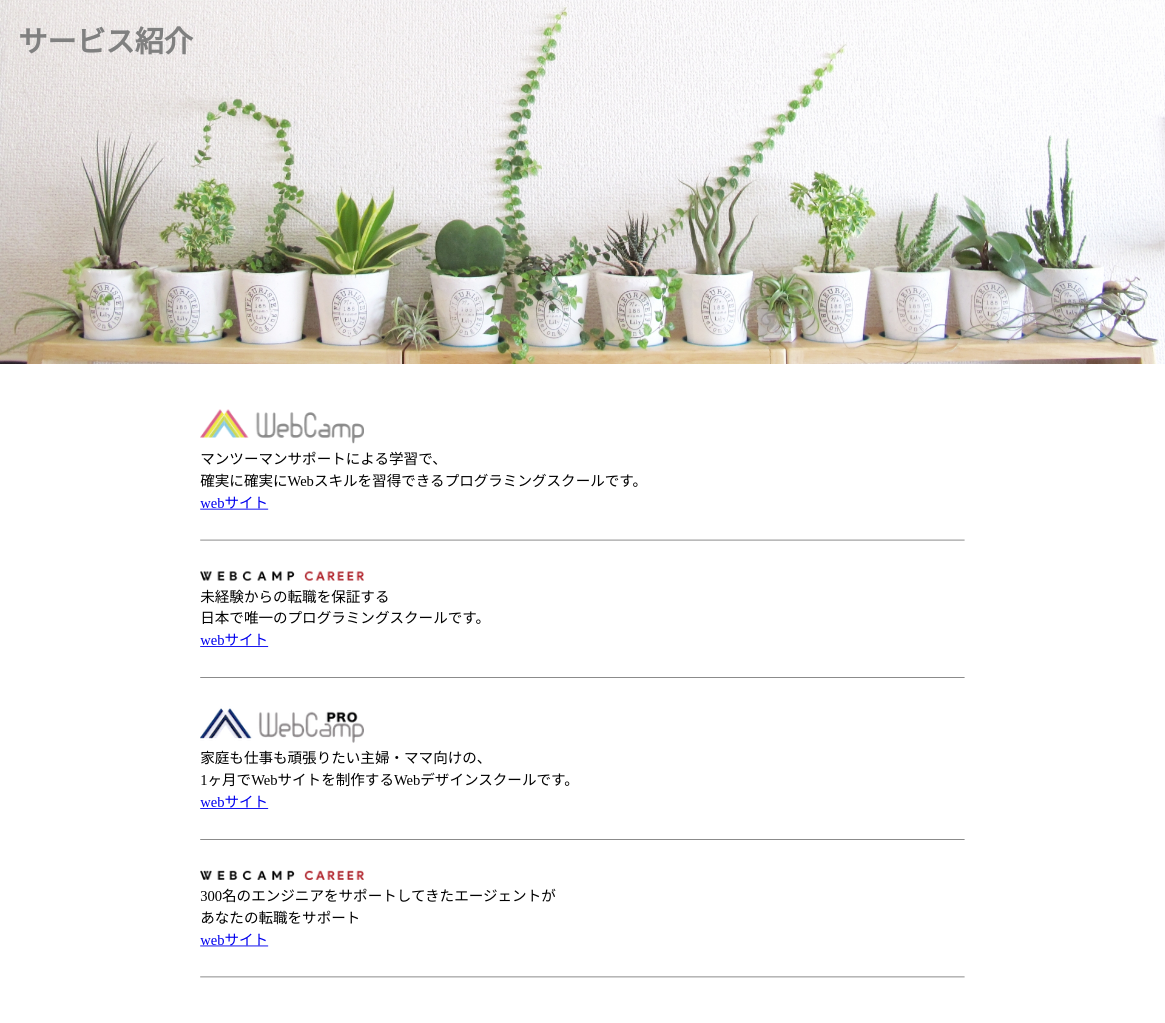
Repository: ryosei-110/HTML-CSS-
Page: 1-7exercise/1-7.html
The author's editor kept a record of every edit. The page is drawn from the files as they stood at one moment, then again after the next edit.
The browser window is 1280 px wide. The pictures show the whole page, at 91% of full size.

Above is the page before.

### 1-7exercise/1-7.html
<!DOCTYPE html>
<html lang="ja">
  <head>
    <meta charset="UTF-8" />
    <link rel="stylesheet" href="1-7.css" />
    <title>1-2演習問題</title>
  </head>

  <body>

  <header>
    <h1 class="heading">サービス紹介</h1>
  </header>

  <div class="main">
    <div class="main-item1">
      <img class="main-image" src="img/wc-logo.png">
      <p class="main-text">
        マンツーマンサポートによる学習で、<br>
        確実に確実にWebスキルを習得できるプログラミングスクールです。<br>
        <a href="1-7.html">webサイト</a>
      </p>
    </div>
    <div class="main-item2">
      <img class="main-image" src="img/wcc-logo.png">
      <p class="main-text">
        未経験からの転職を保証する<br>
        日本で唯一のプログラミングスクールです。<br>
        <a href="1-7.html">webサイト</a>
      </p>
    </div>
    <div class="main-item2">
      <img class="main-image" src="img/wcp-logo.png">
      <p class="main-text">
        家庭も仕事も頑張りたい主婦・ママ向けの、<br>
        1ヶ月でWebサイトを制作するWebデザインスクールです。<br>
        <a href="1-7.html">webサイト</a>
      </p>
    </div>
    <div class="main-item2">
      <img class="main-image" src="img/wcc-logo.png">
      <p class="main-text">
        300名のエンジニアをサポートしてきたエージェントが<br>
        あなたの転職をサポート<br>
        <a href="1-7.html">webサイト</a>
      </p>
    </div>
  </div>

  </body>
</html>

### 1-7exercise/1-7.css
* {
  margin: 0;
  padding: 0;
  box-sizing: border-box;
}

header {
  width: 100%;
  height: 400px;
  background-image: url(img/mv.jpg);
  background-size: cover;
  background-position: bottom ;
}

.heading {
  padding: 20px;
  color: grey;
}

.main {
  margin: 50px auto;
  width: 840px;
  display: flex;
  flex-direction: column;

}

.main-item1 {
  padding-bottom: 30px;
  border-bottom: 1px solid gray;
}

.main-item2 {
  padding: 30px 0;
  border-bottom: 1px solid gray;
}

After the next edit:
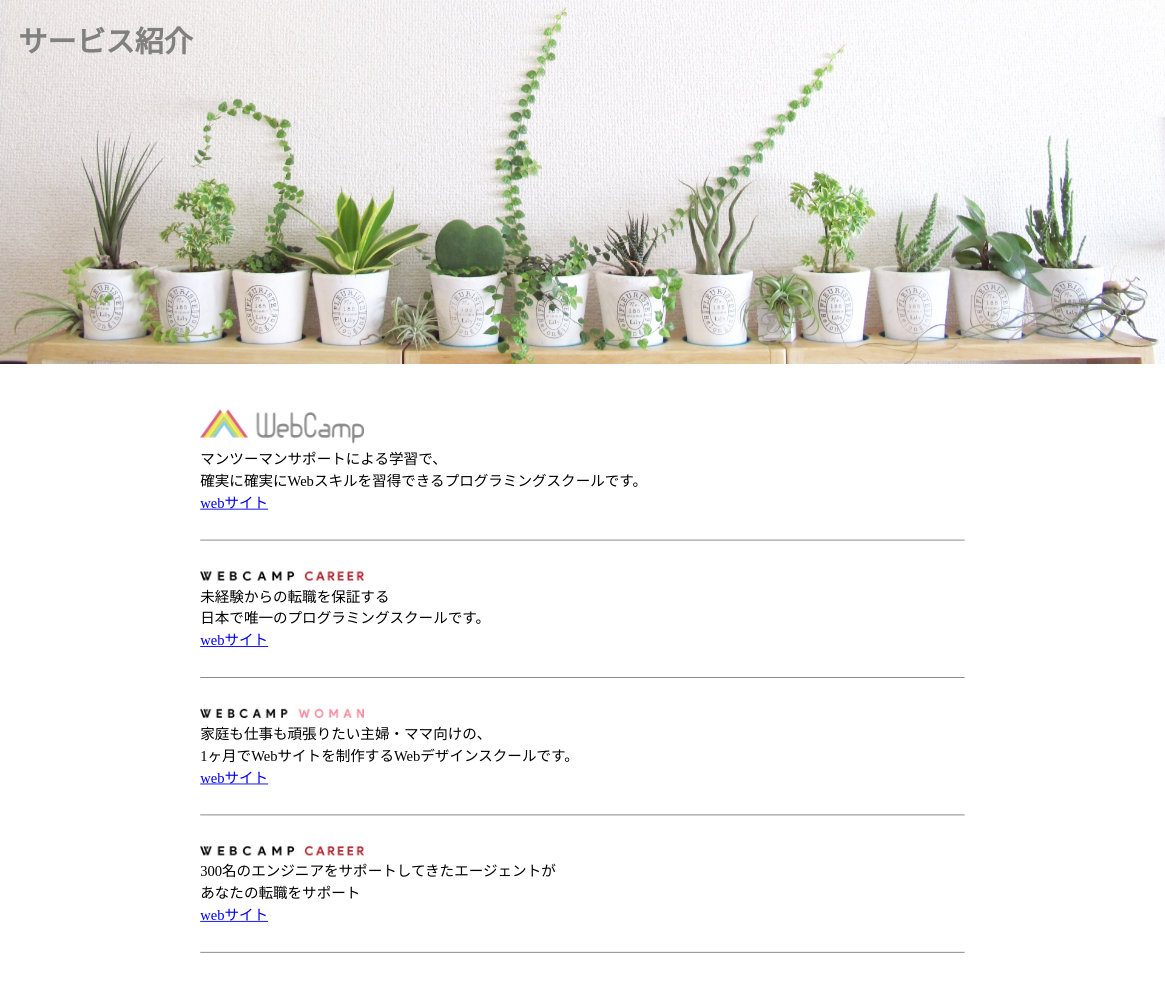
The edit:
--- a/1-7exercise/1-7.html
+++ b/1-7exercise/1-7.html
@@ -30,7 +30,7 @@
       </p>
     </div>
     <div class="main-item2">
-      <img class="main-image" src="img/wcp-logo.png">
+      <img class="main-image" src="img/wcw-logo.png">
       <p class="main-text">
         家庭も仕事も頑張りたい主婦・ママ向けの、<br>
         1ヶ月でWebサイトを制作するWebデザインスクールです。<br>
